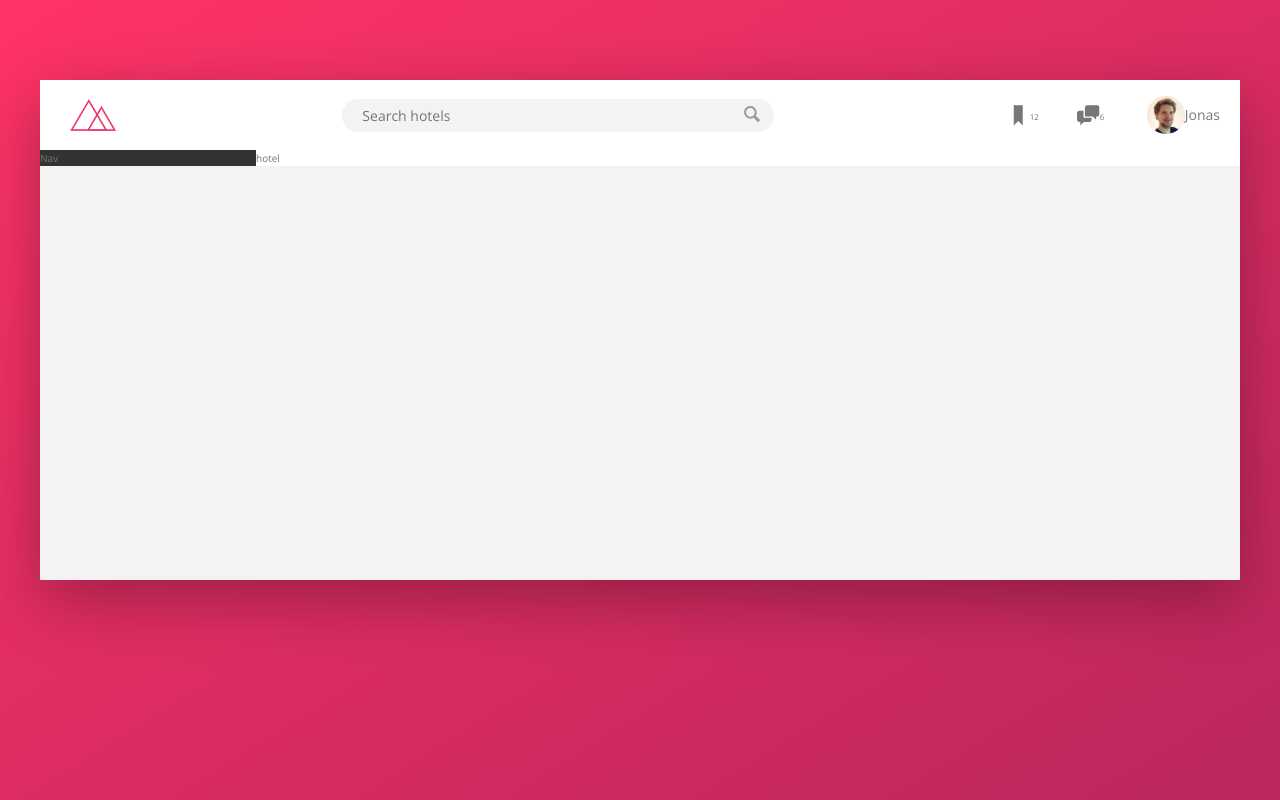
Repository: mohamediyas/flex_website
Page: index.html
The author's editor kept a copy of each file at every save. The page is drawn from the files as they stood at one save, then again after the next save.
The browser window is 1280 px wide. The pictures show the whole page.
The style sheet was rebuilt from its Sass, Less or Tailwind sources for each picture, by a compiler version that may differ from the author's.

Above is the page before, as saved 2022-07-31 19:34:16.

After the next save:
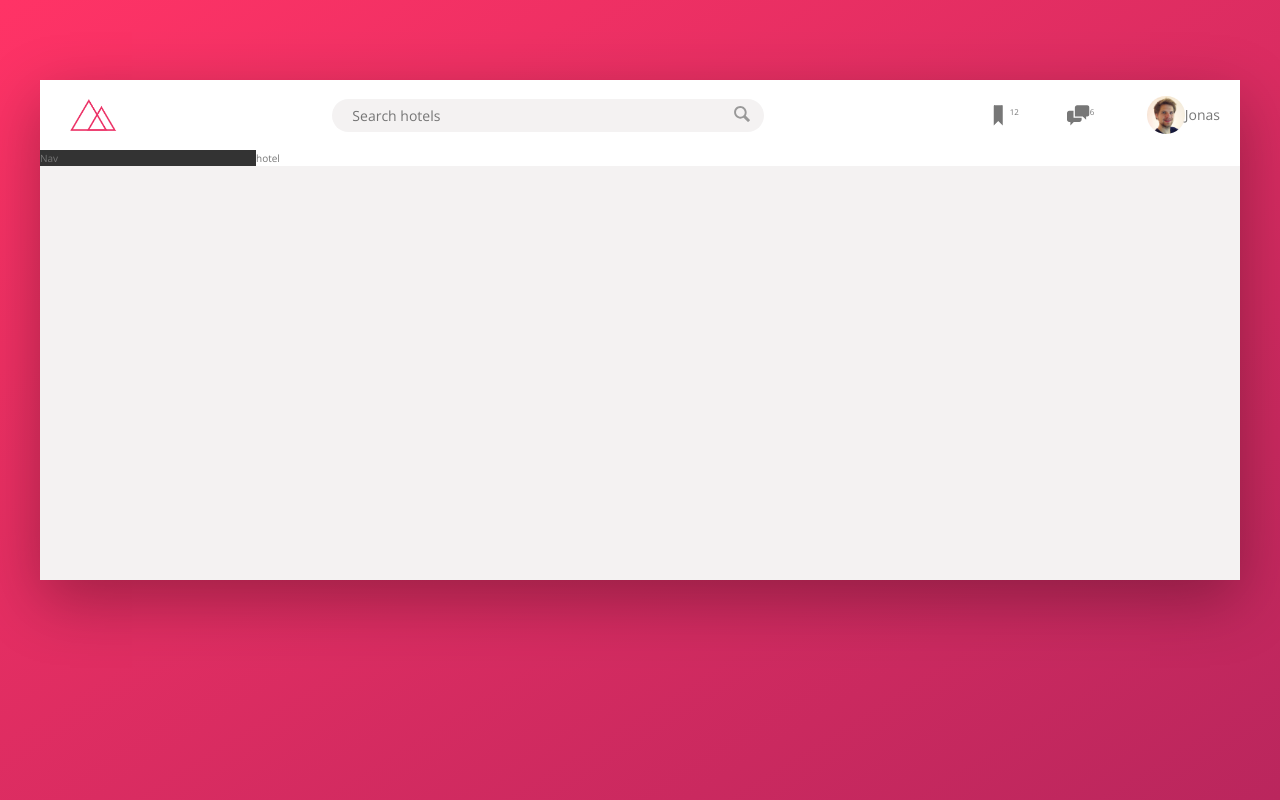
Saved 12 s later.
--- a/sass/_components.scss
+++ b/sass/_components.scss
@@ -85,8 +85,8 @@
 
   &__notification {
     font-size: 0.8rem;
-    height: 0.75rem;
-    width: 0.75rem;
+    height: 1.75rem;
+    width: 1.75rem;
     border-radius: 50%;
   }
 
